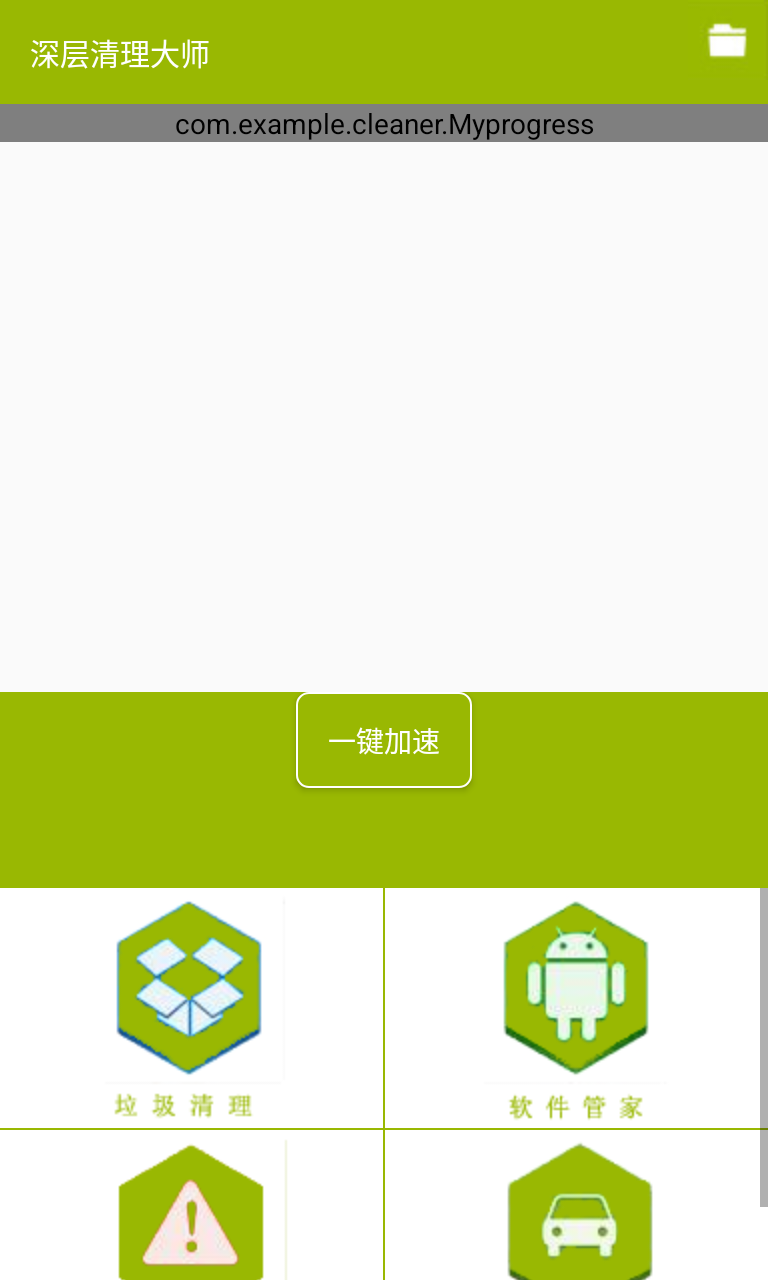
Repository: shi1hh/Cleaner
Layout: Cleaner/res/layout/activity_main.xml
The author's editor kept a copy of each file at every save. The layout is drawn from the files as they stood at one save, then again after the next save.
Pictures or frames that could not be fetched are drawn as grey boxes. It is drawn on a 768 x 1280 px phone screen (xhdpi) without system bars, with theme AppTheme; the app's code is not run.

Above is the layout before, as saved 2015-10-11 03:38:18.

After the next save:
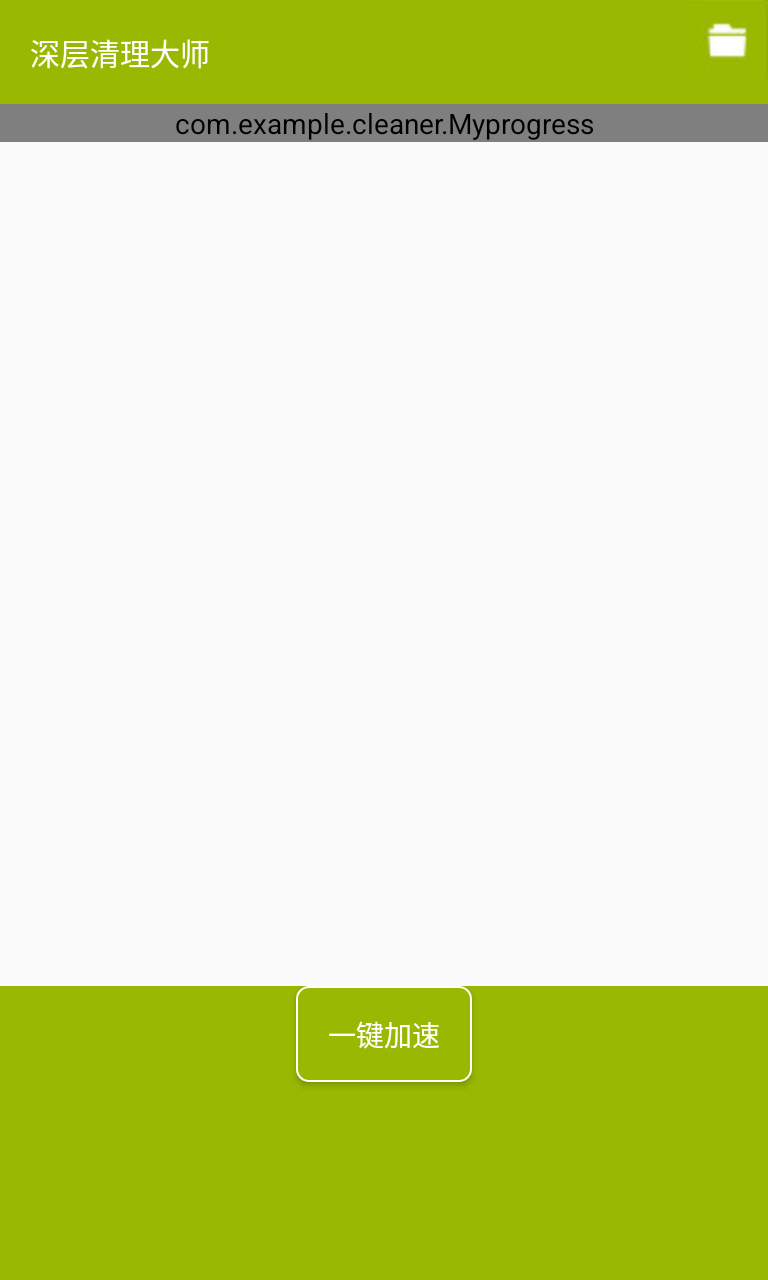
Saved 105 s later.
--- a/Cleaner/res/layout/activity_main.xml
+++ b/Cleaner/res/layout/activity_main.xml
@@ -64,85 +64,6 @@
             android:textColor="#ffffff" />
     </LinearLayout>
 
-    <LinearLayout
-        android:layout_width="match_parent"
-        android:layout_height="0dp"
-        android:layout_weight="2" >
-
-        <ScrollView
-            android:id="@+id/scrollView1"
-            android:layout_width="match_parent"
-            android:layout_height="wrap_content" >
-
-            <TableLayout
-                android:layout_width="match_parent"
-                android:layout_height="wrap_content"
-         android:stretchColumns="0,2"     >
-
-                <TableRow
-                    android:layout_width="match_parent"
-                    android:layout_height="wrap_content" >
-
-                    <ImageButton
-                        android:id="@+id/imageButton1"
-                        android:layout_width="match_parent"
-                        android:layout_height="match_parent"
-                        android:background="#ffffff"
-                        android:src="@drawable/f2" />
-                 <View       android:layout_width="1dp"
-                        android:layout_height="match_parent"
-                        android:background="#99b802" />
-                    <ImageButton
-                        android:id="@+id/imageButton2"
-                        android:layout_width="match_parent"
-                        android:layout_height="match_parent"
-                        android:background="#ffffff"
-                        android:src="@drawable/f4" />
-                </TableRow>
-
-                <TableRow
-                    android:layout_width="match_parent"
-                    android:layout_height="wrap_content"
-                >
 
 
-                    <View
-                        android:layout_width="match_parent"
-                        android:layout_height="1dp"
-                        android:background="#99b802" />
-                          <View
-                        android:layout_width="match_parent"
-                        android:layout_height="1dp"
-                        android:background="#99b802" />
-                                 <View
-                        android:layout_width="match_parent"
-                        android:layout_height="1dp"
-                        android:background="#99b802" />
-                </TableRow>
-
-                <TableRow
-                    android:layout_width="match_parent"
-                    android:layout_height="wrap_content" >
-
-                    <ImageButton
-                        android:id="@+id/imageButton3"
-                        android:layout_width="match_parent"
-                        android:layout_height="match_parent"
-                        android:background="#ffffff"
-                        android:src="@drawable/f1" />
-   <View       android:layout_width="1dp"
-                        android:layout_height="match_parent"
-                        android:background="#99b802" />
-                    <ImageButton
-                        android:id="@+id/imageButton4"
-                        android:layout_width="match_parent"
-                        android:layout_height="match_parent"
-                        android:background="#ffffff"
-                        android:src="@drawable/f3" >
-                    </ImageButton>
-                </TableRow>
-            </TableLayout>
-        </ScrollView>
-    </LinearLayout>
-
 </LinearLayout>
